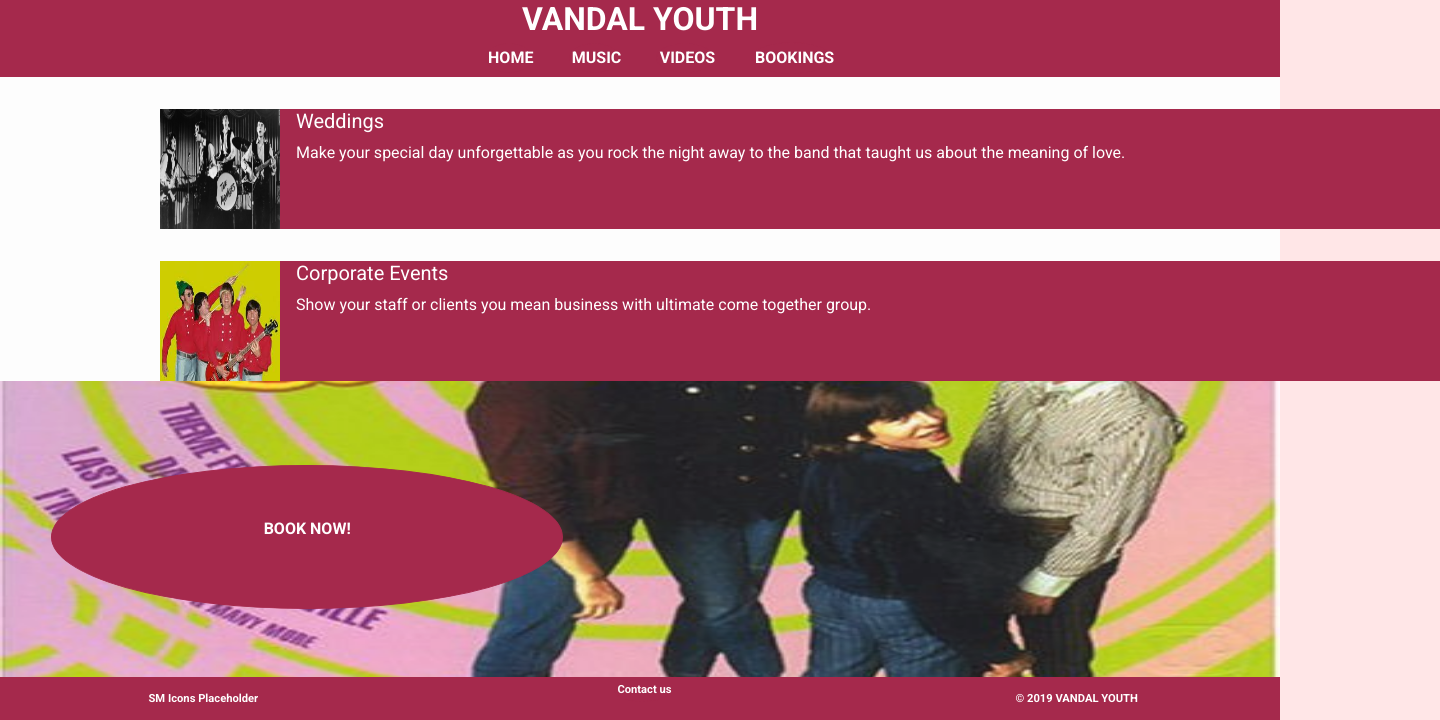
Repository: dof-bull/ci_milestone_project_1_Vandal_Youth
Page: bookings.html
The author's editor kept a record of every edit. The page is drawn from the files as they stood at one moment, then again after the next edit.
The browser window is 1280 px wide. The page is 1440 px wide, so the pictures cover 1440 px, including what lies to the right of the window. The pictures show the whole page.

Above is the page before.

### bookings.html
<!DOCTYPE html>
<html lang="en">

<head>
    <meta charset="UTF-8">
    <meta name="viewport" content="width=device-width, initial-scale=1.0">
    <meta http-equiv="X-UA-Compatible" content="ie=edge">
    <link rel="stylesheet" href="https://stackpath.bootstrapcdn.com/bootstrap/4.3.1/css/bootstrap.min.css" integrity="sha384-ggOyR0iXCbMQv3Xipma34MD+dH/1fQ784/j6cY/iJTQUOhcWr7x9JvoRxT2MZw1T" crossorigin="anonymous">
    <link href="https://stackpath.bootstrapcdn.com/font-awesome/4.7.0/css/font-awesome.min.css" rel="stylesheet" integrity="sha384-wvfXpqpZZVQGK6TAh5PVlGOfQNHSoD2xbE+QkPxCAFlNEevoEH3Sl0sibVcOQVnN" crossorigin="anonymous">
    <link href="https://fonts.googleapis.com/css?family=Roboto:400,700&display=swap" rel="stylesheet">
    <link rel="stylesheet" href="assets/css/style.css" type="text/css" />
    <title>Bookings | Vandal Youth</title>
</head>

<body>
    <header>
        <h1 class="container-fluid band-name-top">VANDAL YOUTH</h1>
    </header>


    <!--********NAVBAR********-->
    <div class="container-fluid NavBar">
        <nav>
            <ul>
                <li><a class="btn btn-lg btn--cta btn--pink" href="index.html">HOME</a></li>
                <li><a class="btn btn-lg btn--cta btn--pink" href="music.html">MUSIC</a></li>
                <li><a class="btn btn-lg btn--cta btn--pink" href="videos.html">VIDEOS</a></li>
                <li><a class="btn btn-lg btn--cta btn--pink" href="bookings.html">BOOKINGS</a></li>
            </ul>
        </nav>
    </div>
    <!--********/NAVBAR********-->


    <!--********BACKDROP********-->
    <div class="container-fluid">
        <img src="assets/images/index-page-back.jpg" class="img-fluid img1" alt="Band Album Cover">

    </div>
    <!--********/BACKDROP********-->


    <!--********Center********-->
    <section>
        <div class="media bookingbox">
            <img src="assets/images/weddings.jpg" class="mr-3" width="120px" height="120px" alt="Vandal Youth Wedding Band Photo">
            <div class="media-body">
                <h5 class="mt-0">Weddings</h5>
                Make your special day unforgettable as you rock the night away to the band that taught us about the meaning of love.
            </div>
        </div>
        <div class="media bookingbox">
            <img src="assets/images/corporate.jpg" class="mr-3" width="120px" height="120px" alt="Vandal Youth Wedding Band Photo">
            <div class="media-body">
                <h5 class="mt-0">Corporate Events</h5>
                Show your staff or clients you mean business with ultimate come together group.
            </div>
        </div>
        <p><button class="btn btn-lg btn--cta btn--pink btn--1 booknow" data-toggle="modal" data-target="#signUpModal">BOOK NOW!</p>

    </section>
    <!--********/Center********-->


    <!--********FOOTER********-->
    <footer>
        <div class="container-fluid footer">
            <div class="row">
                <div class="col footer-section">
                    SM Icons Placeholder
                </div>
                <div class="col footer-section">
                    <p><button class="btn btn-lg btn--cta btn--pink btn--1" data-toggle="modal" data-target="#signUpModal">Contact us</button></p>
                </div>
                <div class="col footer-section">
                    © 2019 VANDAL YOUTH
                </div>
            </div>
        </div>
    </footer>
    <!--********/FOOTER********-->


    <!--********Modal********-->
    <div class="modal" tabindex="-1" role="dialog" id="signUpModal">
        <div class="modal-dialog" role="document">
            <div class="modal-content">
                <div class="modal-header">
                    <h5 class="modal-title">Get in touch for any questions, bookings or collaborations.</h5>


                    <button type="button" class="close" data-dismiss="modal" aria-label="Close">
          <span aria-hidden="true">&times;</span>
        </button>
                </div>
                <div class="modal-body">
                    <form>
                        <div class="form-group">
                            <label for="exampleInputname" class="col-form-label">Full Name:</label>
                            <input type="text" class="form-control" id="exampleInputname" placeholder="Enter Name" required>
                        </div>
                        <div class="form-group">
                            <label for="exampleInputEmail1">Email Address:</label>
                            <input type="email" class="form-control" id="exampleInputEmail1" aria-describedby="emailHelp" placeholder="Enter email" required>
                            <small id="emailHelp" class="form-text text-muted">We'll never share your email with anyone else.</small>
                        </div>
                        <div class="form-group">
                            <label for="exampleInputPhone">Phone Number:</label>
                            <input type="text" class="form-control" id="exampleInputPhone" name='Phone' placeholder="Enter Number" required>
                        </div>
                        <div class="form-group">
                            <label for="message-text" class="col-form-label">Message:</label>
                            <textarea class="form-control" id="message-text" placeholder="Type your message here... " required></textarea>
                        </div>
                        <button type="submit" class="btn btn-success btn--pink">Submit</button>
                    </form>
                </div>
            </div>
        </div>
    </div>
    <!--********/Modal********-->


    <script src="https://code.jquery.com/jquery-3.3.1.slim.min.js" integrity="sha384-q8i/X+965DzO0rT7abK41JStQIAqVgRVzpbzo5smXKp4YfRvH+8abtTE1Pi6jizo" crossorigin="anonymous"></script>
    <script src="https://cdnjs.cloudflare.com/ajax/libs/popper.js/1.14.7/umd/popper.min.js" integrity="sha384-UO2eT0CpHqdSJQ6hJty5KVphtPhzWj9WO1clHTMGa3JDZwrnQq4sF86dIHNDz0W1" crossorigin="anonymous"></script>
    <script src="https://stackpath.bootstrapcdn.com/bootstrap/4.3.1/js/bootstrap.min.js" integrity="sha384-JjSmVgyd0p3pXB1rRibZUAYoIIy6OrQ6VrjIEaFf/nJGzIxFDsf4x0xIM+B07jRM" crossorigin="anonymous"></script>


</body>

</html>

### assets/css/style.css
html {
    background-color: #FFE6E7;
}

body {
    font-family: 'Roboto', sans-serif;
    background-color: #fdfdfd;
}

.container-fluid {
    padding: 0;
}


/* Header */

.band-name-top {
    font-weight: bold;
    text-align: center;
    background-color: #a5294c;
    color: white;
    font-size: 200%;
    line-height: 120%;
    height: 6%;
    width: 100%;
    display: inline-block;
    margin-left: 2.5%;
    list-style: none;
    margin: 0;
    padding: 0;
}


/* Navbar */

nav {
    font-weight: bold;
}

nav ul {
    list-style: none;
    font-weight: bold;
    text-align: center;
    background-color: #a5294c;
    color: white;
    font-size: 100%;
    line-height: 100%;
    height: 100%;
    width: 100%;
    margin: 0;
    padding: 0;
}

nav li {
    font-size: 100%;
    line-height: 100%;
    height: 100%;
    display: inline-block;
    margin-left: 2.5%
}

nav a {
    text-decoration: none;
    color: #fff;
    display: block;
}

nav a:hover {
    background-color: #fff;
    color: #4a4a4f;
    list-style: none;
}


/* Images */

.img1 {
    position: absolute;
    height: 94%;
    width: 100%;
    left: 0%;
    top: 6%;
    z-index: -1;
    opacity: 0.90;
}


/* Videos */

.video-player {
    position: absolute;
    top: 50%;
    left: 50%;
    margin-right: -50%;
    transform: translate(-50%, -50%)
}

.p-video {
    color: white;
    background-color: #a5294c;
    text-align: center;
    position: fixed;
    top: 70%;
    left: 50%;
    margin-right: -50%;
    transform: translate(-50%, -50%)
}

/* Text */

.text {
    color: white;
    background-color: #a5294c;
    top: 50%;
    position: fixed;
    text-align: center;
    width: 60%;
    max-width: 500px;
    left: 15%;
    right: 15%;
    font-size: 100%;
    padding: 1%;
}


h3 {
    font-weight: bold;
}


/* Bookings */

.bookingbox {
    color: white;
    background: #a5294c;
    height: 30%;
    width: 100%;
    top:10%;
    left: 10%;
    margin: 2.5%;
    position: relative;
}


/*Music Table */

.table {
    color: white;
    font-weight: bold;
    font-size: 90%;
    background-color: #a5294c;
    height: 61%;
    width: 65%;
    max-width: 250px;
    position: absolute;
    top: 50%;
    left: 50%;
    margin-right: -50%;
    transform: translate(-50%, -50%)
}

audio {
    width: 200px;
}


/* Footer */

.footer {

    position: fixed;
    font-weight: bold;
    width: 100%;
    left: 0;
    bottom: 0;
    background-color: #a5294c;
    color: white;
    text-align: center;
    font-size: 70%;
    line-height: 100%;
    height: 6%;
    margin-left: 2.5%;
    list-style: none;
    margin: 0 auto;
    padding: 0;
    display: block;
    justify-content: center;
    align-items: center;
    white-space: nowrap;
}

.footer-section {
    display: flex;
    align-items: center;
    justify-content: center;
    left: 0;
    bottom: 0;
}


/* Modal */

/* Buttons */

.btn--cta {
    font-weight: bold;
    border-radius: 80%;
    width: 100%;
}

.btn--pink {
    position: relative;
    color: white;
    background-color: #a5294c;
    border-color: #a5294c;
    font-size: 100%;
    max-width: 100%;
    display: inline-block;
    padding: 4%;
    margin: 4%;
    vertical-align: middle;
    white-space: nowrap;
}

.btn--pink:hover,
.btn--pink:active,
.btn--pink:focus,
.btn--pink:active:focus {
    background-color: white;
    color: #a5294c;
}

.booknow {
    position: fixed;
    color: white;
    background-color: #a5294c;
    border-color: #a5294c;
    font-size: 100%;
    max-width: 40%;
    display: inline-block;
    padding: 4%;
    margin: 4%;
    vertical-align: middle;
    white-space: nowrap;
}

After the next edit:
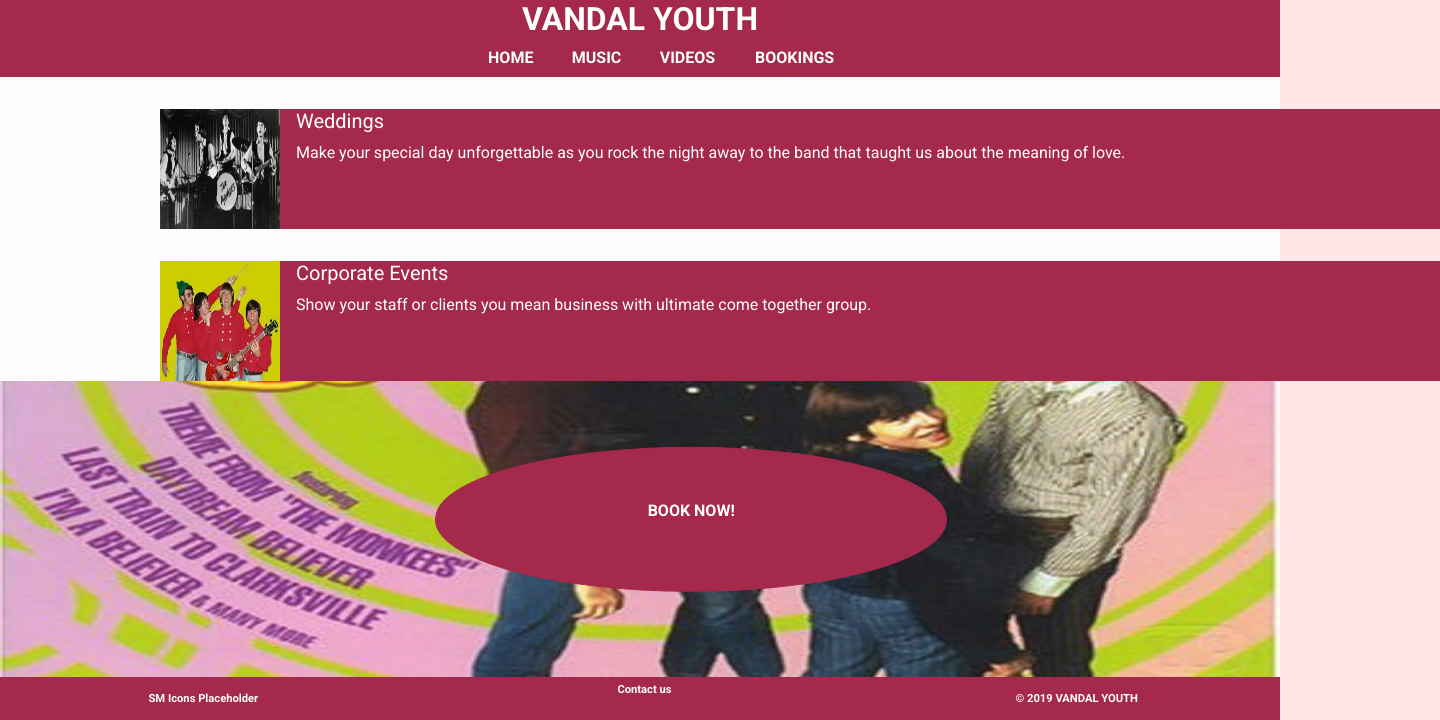
The edit:
--- a/assets/css/style.css
+++ b/assets/css/style.css
@@ -243,3 +243,11 @@
     vertical-align: middle;
     white-space: nowrap;
 }
+
+.booknow {
+    position: absolute;
+    top: 65%;
+    left: 50%;
+    margin-right: -50%;
+    transform: translate(-50%, -50%)
+}
